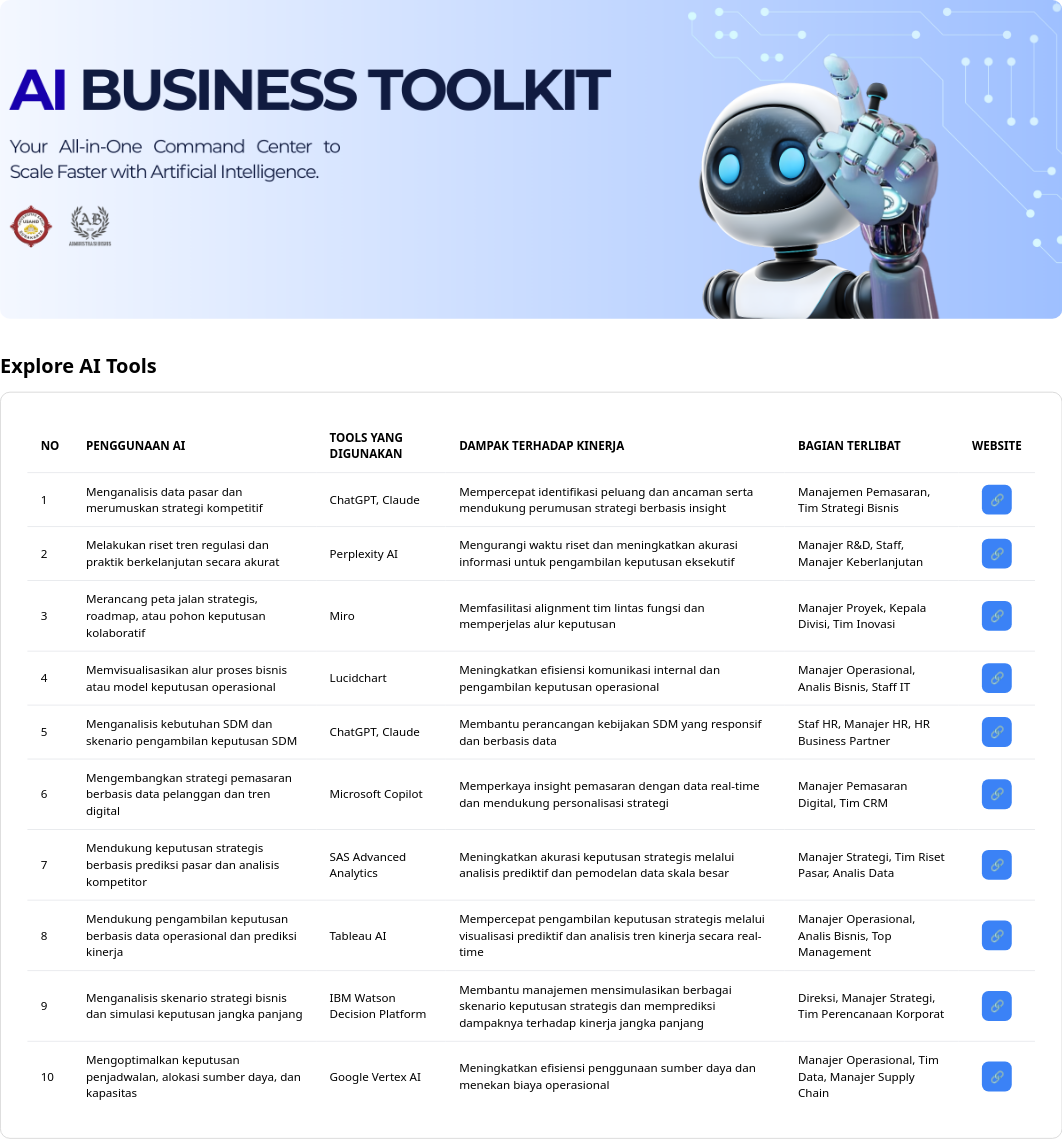
Repository: MUHAMADTEGARWIJAYA/AI-BUSINESS-TOOLKIT
Page: /ai/strategi
These files come from the project's save history. The page is drawn as it stood at one moment and after the next save; the edit follows.
The browser window is 1280 px wide. The pictures show the whole page, at 83% of full size.
The project was rebuilt for these pictures with package versions that can differ from the ones it lists, and the page was loaded fresh each time. Also part of the build but not shown: vite.config.js, src/views/NamaFloating.vue, src/views/FooterView.vue, src/views/HomeView.vue, src/views/AiOperansional.vue, src/views/AiSdm.vue, src/views/AiPemasaran.vue, src/views/AiKeuanganAkuntansi.vue.

Above is the page before, as saved 2026-01-08 20:26:41.

After the next save:
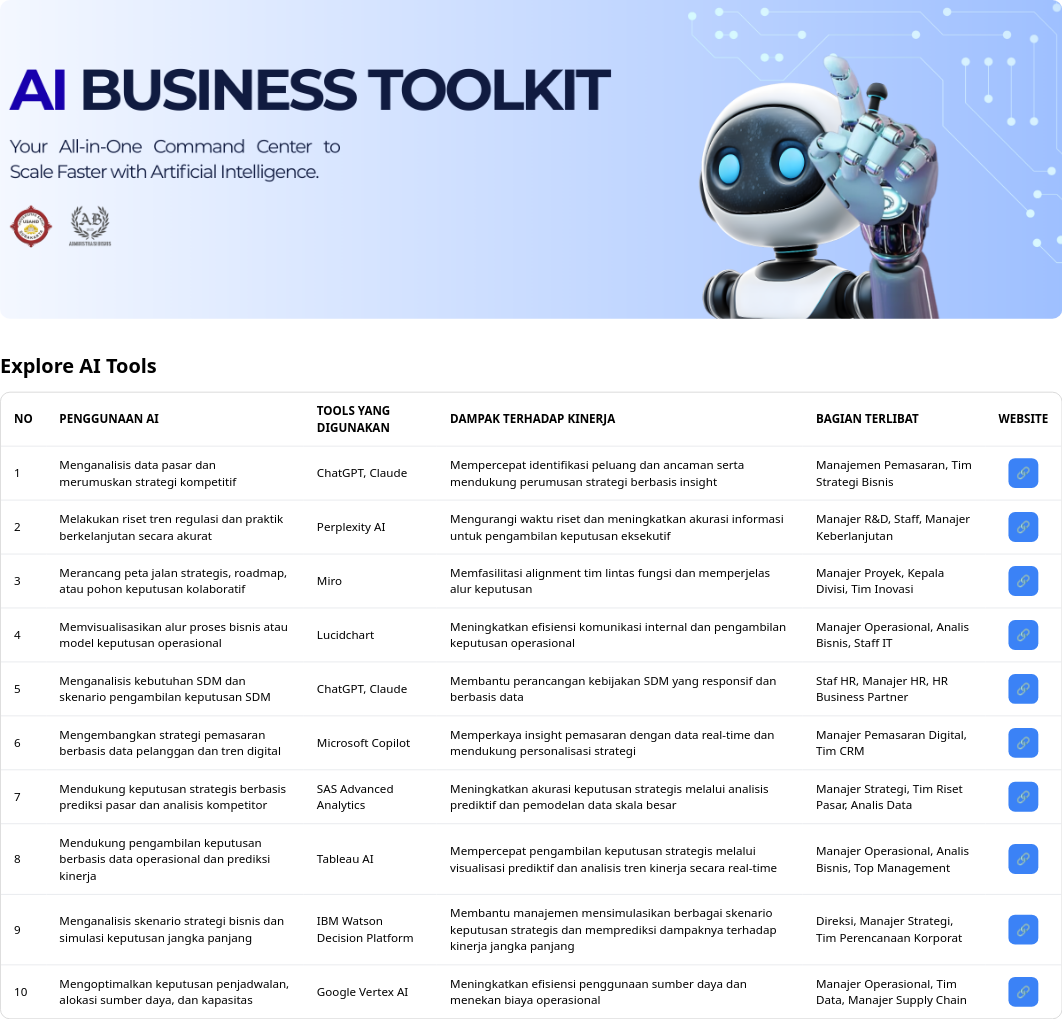
Saved 11 s later.
--- a/src/views/AiStrategi.vue
+++ b/src/views/AiStrategi.vue
@@ -13,7 +13,7 @@
     </div>
     <h1 class="text-black text-2xl font-bold mb-4">Explore AI Tools</h1>
 
-    <div class="overflow-x-auto border p-8 border-neutral-300 rounded-xl">
+    <div class="overflow-x-auto border bg-white border-neutral-300 rounded-xl">
       <table class="min-w-full text-sm text-left">
         <!-- Header -->
         <thead class="text-black uppercase">
